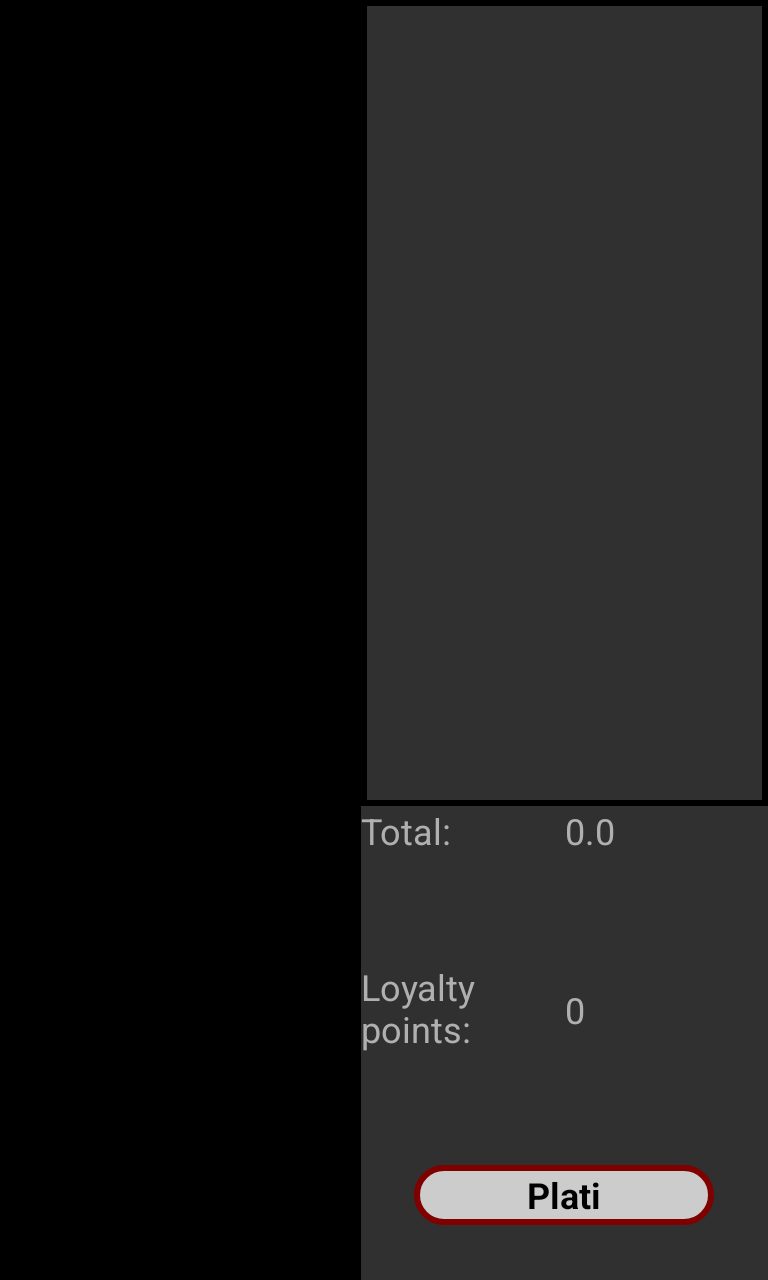
Repository: dzenisahusic/AndroidApp
Layout: Edit2014Sales/res/layout/fragment_kasa.xml
The author's editor kept a copy of each file at every save. The layout is drawn from the files as they stood at one save, then again after the next save.
It is drawn on a 768 x 1280 px phone screen (xhdpi) without system bars, with theme AppTheme; the app's code is not run. Lists and similar views that code fills are empty.

Above is the layout before, as saved 2014-07-15 19:10:46.

### Edit2014Sales/res/layout/fragment_kasa.xml
<RelativeLayout xmlns:android="http://schemas.android.com/apk/res/android"
    xmlns:tools="http://schemas.android.com/tools"
    android:id="@+id/layoutKasa"
    android:layout_width="match_parent"
    android:layout_height="fill_parent"
    tools:context="${relativePackage}.${activityClass}" >

    <RelativeLayout
        android:layout_width="match_parent"
        android:layout_height="match_parent"
        android:layout_alignParentBottom="true"
        android:layout_alignParentLeft="true"
        android:layout_alignParentRight="true"
        android:layout_alignParentTop="true"
        >

        <!-- Glavni layout -->
        <LinearLayout
            android:layout_width="fill_parent"
            android:layout_height="fill_parent"
            android:layout_weight="6"
            android:shape="rectangle"
            android:color="#000000"
            android:layout_alignParentLeft="true"
            android:layout_alignParentTop="true"
            android:background="#000000" >

            <!-- Desni layout -->

            <LinearLayout
                android:layout_width="238dp"
                android:layout_height="fill_parent"
                android:layout_weight="3"

                android:orientation="vertical"
                >

                <ListView android:id="@+id/list"
                                    android:layout_width="fill_parent"
                                    android:layout_height="fill_parent"
                                    />


            </LinearLayout>

            <!-- Lijevi layout -->
            <LinearLayout
                android:layout_width="261dp"
                android:layout_height="fill_parent"
                android:background="#303030"
                android:orientation="vertical"
                android:layout_weight="3" >

                                <!-- Gornji layout -->

                <LinearLayout
                    android:layout_width="fill_parent"
                    android:layout_height="184dp"
                    android:layout_weight="2"

                    android:orientation="vertical"
                     android:background="@drawable/krug"
                     >

                    <ListView android:id="@+id/list_racun"
    android:layout_width="fill_parent"
    android:layout_height="fill_parent"
    android:divider="#FFFFFF"

        							android:dividerHeight="4px"/>

                </LinearLayout>

                                <!-- Donji layout -->

                <LinearLayout
                    android:layout_width="fill_parent"
                    android:layout_height="wrap_content"
                    android:layout_weight="1"
                    android:background="#303030"
                    android:orientation="horizontal" >

                    <LinearLayout
                        android:layout_width="fill_parent"
                        android:layout_height="match_parent"
                        android:layout_weight="0.5"
                        android:background="#303030"
                        android:orientation="vertical" >

                        <LinearLayout
                            android:layout_width="match_parent"
                            android:layout_height="wrap_content"
                            android:layout_weight="0.24"
                            android:orientation="vertical" >

                            <TextView
                                android:id="@+id/textTotal"
                                android:layout_width="wrap_content"
                                android:layout_height="wrap_content"
                                android:textColor="#B0B0B0"
                                android:text="Total:"
                                android:clickable="true"
                                 android:onClick = "onClickmyTextView"
                                android:textAppearance="?android:attr/textAppearanceMedium" />

                        </LinearLayout>

                        <LinearLayout
                            android:layout_width="match_parent"
                            android:layout_height="wrap_content"
                            android:layout_weight="0.25"
                            android:orientation="vertical" >

                            <TextView
                                android:id="@+id/textLoyalty"
                                android:layout_width="wrap_content"
                                android:layout_height="wrap_content"
                                android:textColor="#B0B0B0"
                                android:text="Loyalty points:"
                                android:textAppearance="?android:attr/textAppearanceMedium" />

                        </LinearLayout>

                    </LinearLayout>

                     <LinearLayout
                         android:layout_width="fill_parent"
                         android:layout_height="match_parent"
                         android:layout_weight="0.5"
                         android:background="#303030"
                         android:orientation="vertical" >

                         <LinearLayout
                             android:layout_width="match_parent"
                             android:layout_height="wrap_content"
                             android:layout_weight="0.25"
                             android:textColor="#B0B0B0"
                             android:orientation="vertical" >

                             <TextView
                                 android:id="@+id/total"
                                 android:layout_width="wrap_content"
                                 android:layout_height="wrap_content"
                                 android:text="0.0"
                                 android:textColor="#B0B0B0"
                                 android:textAppearance="?android:attr/textAppearanceMedium" />

                         </LinearLayout>

                         <LinearLayout
                             android:layout_width="match_parent"
                             android:layout_height="wrap_content"
                             android:layout_weight="0.25"
                             android:orientation="vertical" >

                             <TextView
                                 android:id="@+id/loyalty"
                                 android:layout_width="wrap_content"
                                 android:layout_height="wrap_content"
                                 android:textColor="#B0B0B0"
                                 android:text="0"
                                 android:textAppearance="?android:attr/textAppearanceMedium" />

                         </LinearLayout>


                    </LinearLayout>



                </LinearLayout>

  <LinearLayout
      android:layout_width="match_parent"
      android:layout_height="wrap_content"
      android:layout_weight="0.25"
      android:gravity="fill_vertical|center_horizontal|center"
      android:orientation="horizontal" >

      <Button
          android:id="@+id/plati"
          android:layout_width="150dp"
          android:layout_height="30dp"
          android:background="@drawable/rounded_corner_top"
          android:gravity="center_vertical|center_horizontal|center"
          android:text="Plati"
          android:textStyle="bold" />

                         </LinearLayout>
            </LinearLayout>

        </LinearLayout>

    </RelativeLayout>

</RelativeLayout>

### Edit2014Sales/res/values/styles.xml
<resources>

    <!--
        Base application theme, dependent on API level. This theme is replaced
        by AppBaseTheme from res/values-vXX/styles.xml on newer devices.
    -->
    <style name="AppBaseTheme" parent="android:Theme.Light">
        <!--
            Theme customizations available in newer API levels can go in
            res/values-vXX/styles.xml, while customizations related to
            backward-compatibility can go here.
        -->
    </style>

    <!-- Application theme. -->
    <style name="AppTheme" parent="AppBaseTheme">
        <!-- All customizations that are NOT specific to a particular API-level can go here. -->
    </style>
 <style name="Animations" />

    <style name="Animations.PopDownMenu" />

    <style name="Animations.PopDownMenu.Left">
        <item name="@android:windowEnterAnimation">@anim/grow_from_topleft_to_bottomright</item>
        <item name="@android:windowExitAnimation">@anim/shrink_from_bottomright_to_topleft</item>
    </style>


    <style name="Animations.PopUpMenu" />

    <style name="Animations.PopUpMenu.Left">
        <item name="@android:windowEnterAnimation">@anim/grow_from_bottomleft_to_topright</item>
        <item name="@android:windowExitAnimation">@anim/shrink_from_topright_to_bottomleft</item>
    </style>
</resources>

### Edit2014Sales/res/drawable-hdpi/krug.xml
<?xml version="1.0" encoding="UTF-8"?>

  <shape xmlns:android="http://schemas.android.com/apk/res/android" android:shape="rectangle">
  <stroke
        android:width="3dp"
        android:color="#000000" >
    </stroke>
</shape>

### Edit2014Sales/res/drawable-hdpi/rounded_corner_top.xml
<?xml version="1.0" encoding="UTF-8"?>

  <shape xmlns:android="http://schemas.android.com/apk/res/android" android:shape="rectangle">
  <corners android:radius="20dp"/>
  <solid android:color="#CCCCCC"/>
  <stroke
        android:width="3dp"
        android:color="#800000" >
    </stroke>
</shape>

Loaded but not shown: Edit2014Sales/res/values-v11/styles.xml (common file); Edit2014Sales/res/values-v14/styles.xml (common file)

After the next save:
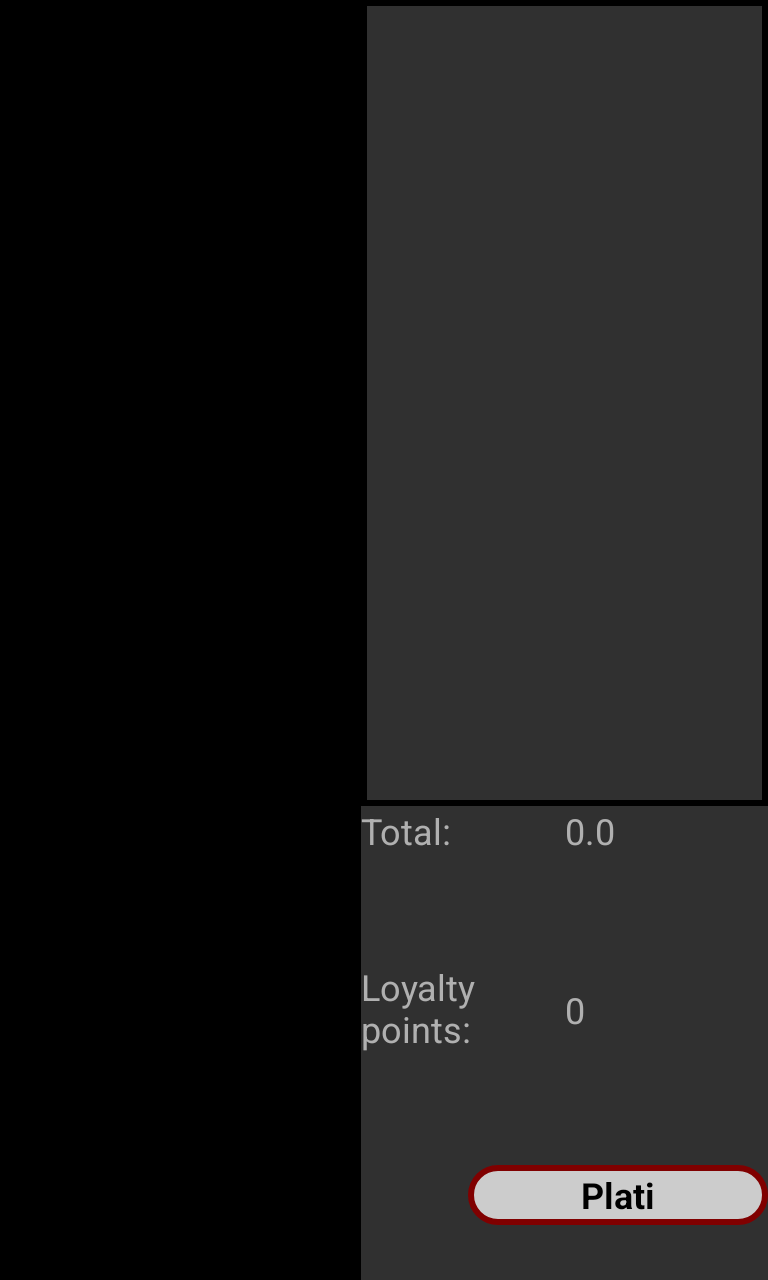
Saved 4 min 24 s later.
--- a/Edit2014Sales/res/layout/fragment_kasa.xml
+++ b/Edit2014Sales/res/layout/fragment_kasa.xml
@@ -174,7 +174,7 @@
       android:layout_width="match_parent"
       android:layout_height="wrap_content"
       android:layout_weight="0.25"
-      android:gravity="fill_vertical|center_horizontal|center"
+      android:gravity="fill_vertical|center_horizontal|right"
       android:orientation="horizontal" >
 
       <Button
@@ -182,7 +182,7 @@
           android:layout_width="150dp"
           android:layout_height="30dp"
           android:background="@drawable/rounded_corner_top"
-          android:gravity="center_vertical|center_horizontal|center"
+          android:gravity="fill_vertical|center_horizontal|center"
           android:text="Plati"
           android:textStyle="bold" />
 
